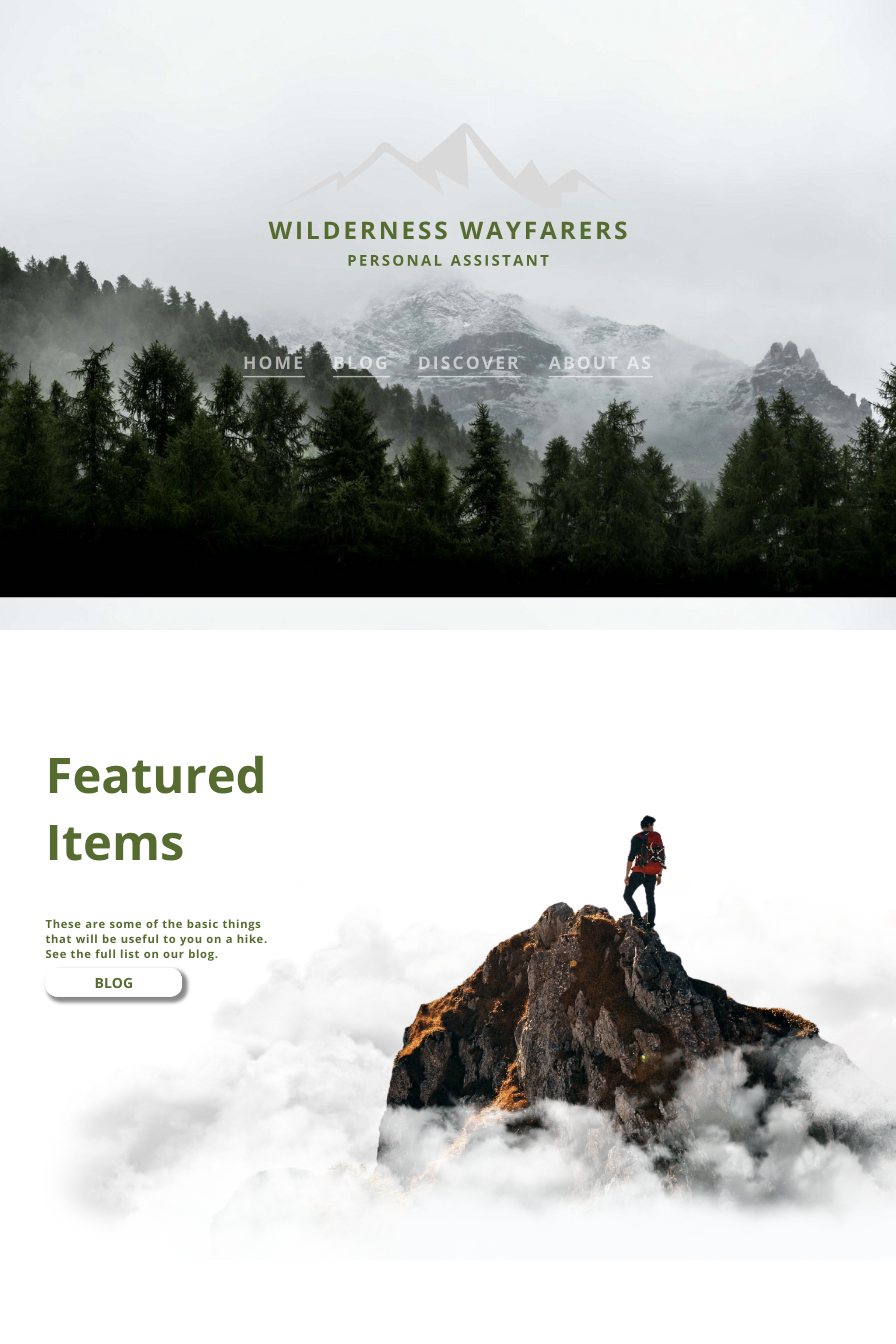
Repository: artembundin/travelrus.github.io
Page: index.html
The author's editor kept a copy of each file at every save. The page is drawn from the files as they stood at one save, then again after a run of saves.
The browser window is 1280 px wide. The pictures show the part of the page from y = 0 to 1920 px (the page is 4792 px tall), at 70% of full size.
A picture or video elsewhere on the page could not be fetched, so the positions and the page height are approximate. An inner scrolling area shows only its first screen. Backgrounds fixed to the window are drawn as part of the page. Some web fonts or font styles are not loaded; a fallback is used.

Above is the page before, as saved 2025-05-08 02:09:45.
Console error: TypeError: Cannot read properties of null (reading 'offsetTop')

After the next 2 saves:
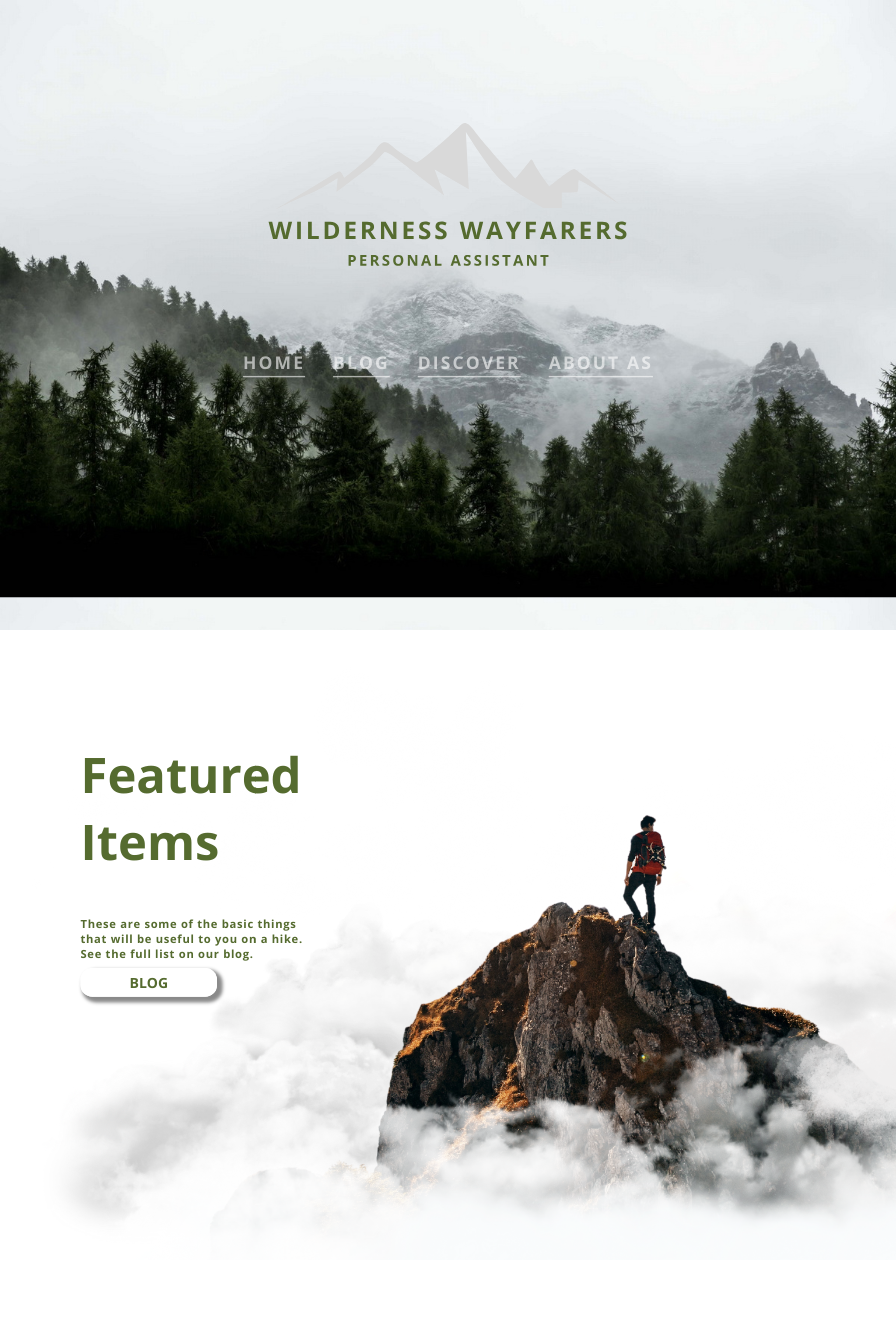
The 2 saves are shown as one change because they came seconds apart.
The last was saved 15 s later.
--- a/style.css
+++ b/style.css
@@ -155,7 +155,7 @@ a {
 .text_section {
   width: 330px;
   height: 900px;
-  padding: 100px 50px;
+  padding: 100px;
   color: darkolivegreen;
 }
 
